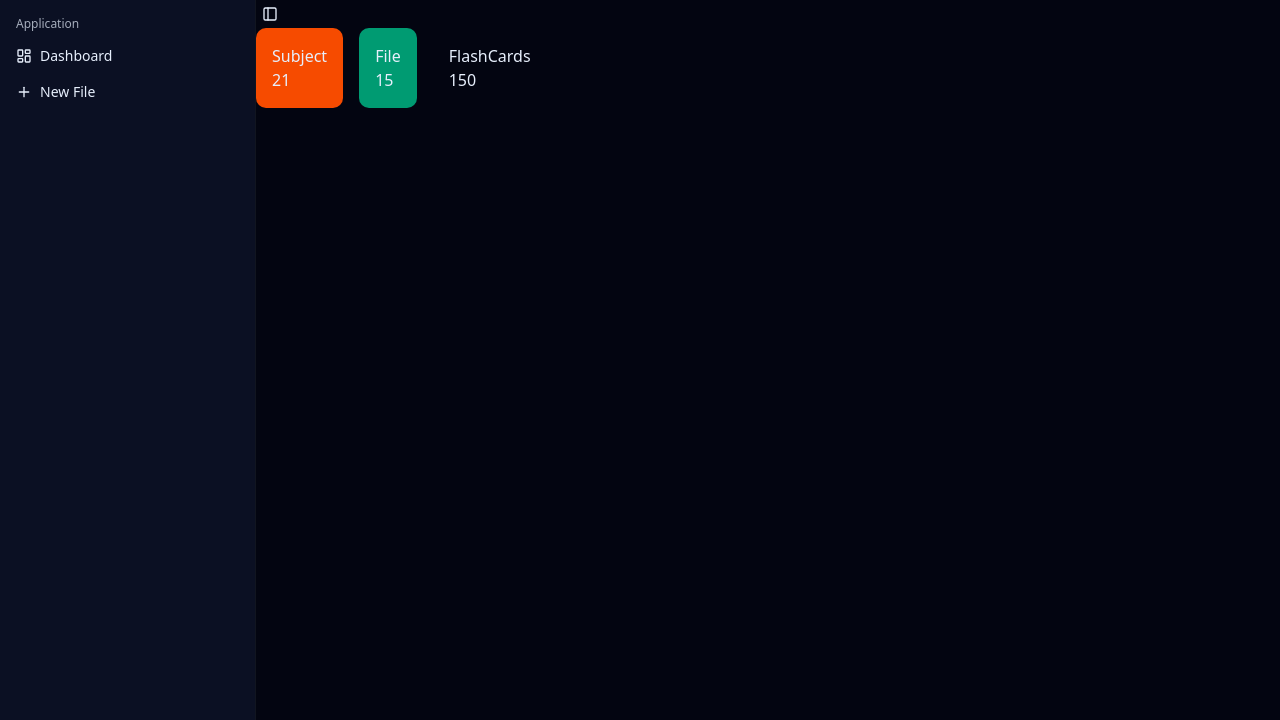
Repository: SywarDer/Student-Assistance
Page: /dashboard (app in student-assistant/)
The author's editor kept a copy of each file at every save. The page is drawn from the files as they stood at one save, then again after a run of saves.
The browser window is 1280 px wide. The pictures show the whole page.
The project was rebuilt for these pictures with package versions that can differ from the ones it lists, and the page was loaded fresh each time. The framework's server and built-in components were replaced by stand-ins that run in the browser. Also part of the build but not shown: student-assistant/next.config.ts, student-assistant/components/ui/input.tsx, student-assistant/components/ui/separator.tsx, student-assistant/components/ui/skeleton.tsx. Imported but missing from the stored project, and not drawn on this page: student-assistant/components/ui/sheet.

Above is the page before, as saved 2025-10-30 19:53:17.

After the next 2 saves:
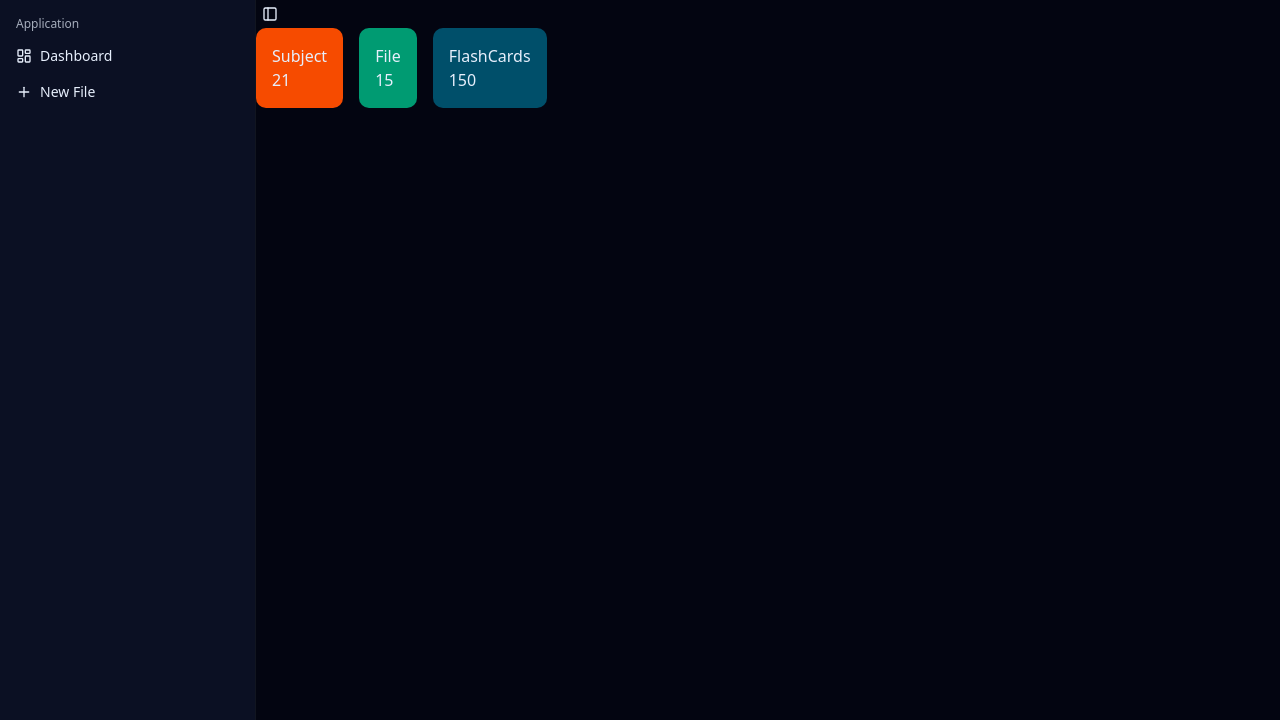
The 2 saves are shown as one change because they came seconds apart.
The last was saved 12 s later.
--- a/student-assistant/app/dashboard/page.tsx
+++ b/student-assistant/app/dashboard/page.tsx
@@ -16,7 +16,10 @@ export default function Dashboard(){
                 <h1>File</h1>
                 <h1>15</h1>
             </div>
-            <div className="rounded-lg p-4">
+            <div className="rounded-lg p-4" style={{
+        backgroundColor: "var(--chart-3)",
+        color: "var(--card-foreground)",
+      }}>
                 <h1>FlashCards</h1>
                 <h1>150</h1>
             </div>
